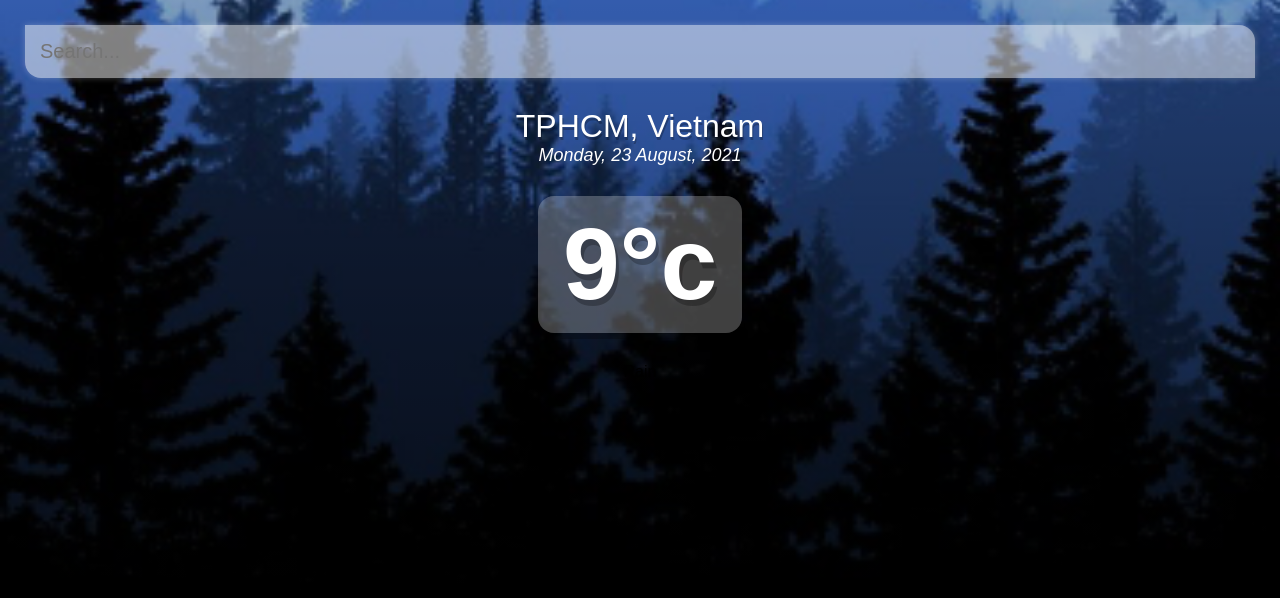
Repository: kate30980/weather-vuejs
Page: /
An editor plug-in stored every save of this project. The page is shown before and after the next save, followed by the edit.
The browser window is 1280 px wide. The pictures show the whole page.
The project was rebuilt for these pictures with package versions that can differ from the ones it lists, and the page was loaded fresh each time.

Above is the page before, as saved 2021-08-23 10:43:26.

After the next save:
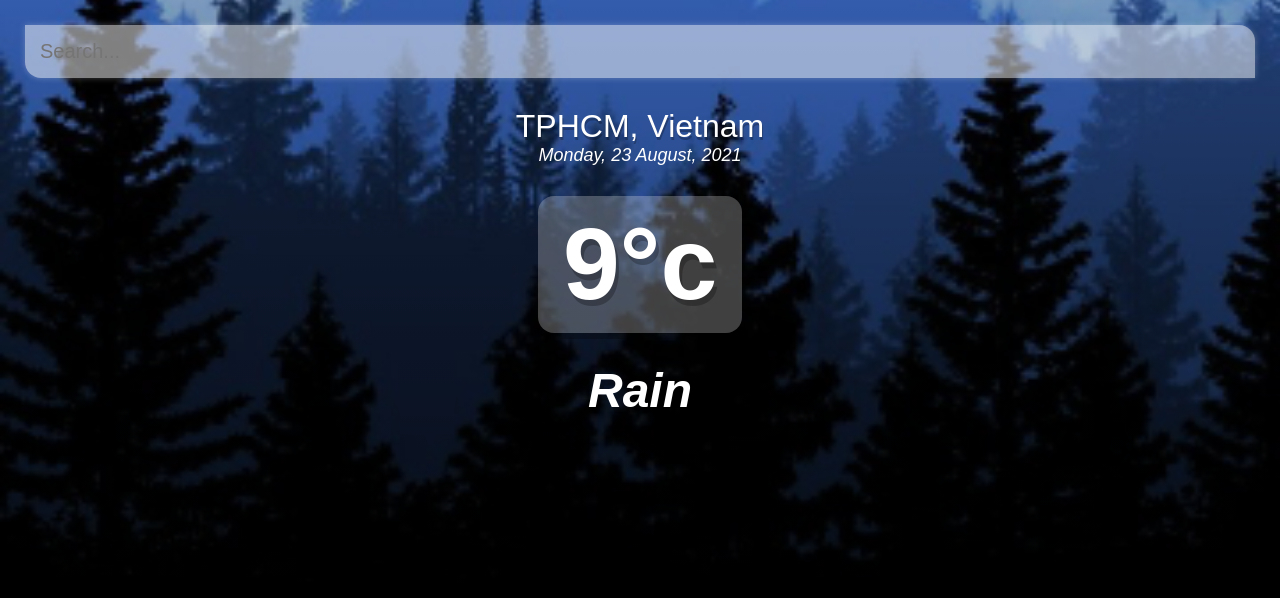
Saved 94 s later.
--- a/src/App.vue
+++ b/src/App.vue
@@ -108,4 +108,11 @@ main{
 
   box-shadow: 3px 6px rgba(0,0,0,0.25);
 }
+.weather-box .weather{
+  color: #fff;
+  font-size: 48px;
+  font-weight: 700;
+  font-style: italic;
+  text-shadow: 3px 6px rgba(0,0,0,0.25);
+}
 </style>
